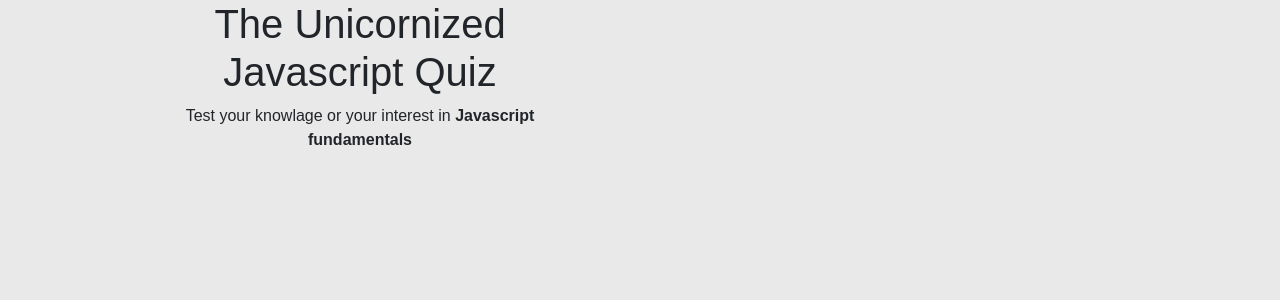
Repository: CharlotteAneriksson/donutQuiz
Page: index.html
The author's editor kept a record of every edit. The page is drawn from the files as they stood at one moment, then again after the next edit.
The browser window is 1280 px wide. The pictures show the whole page.

Above is the page before.

After the next edit:
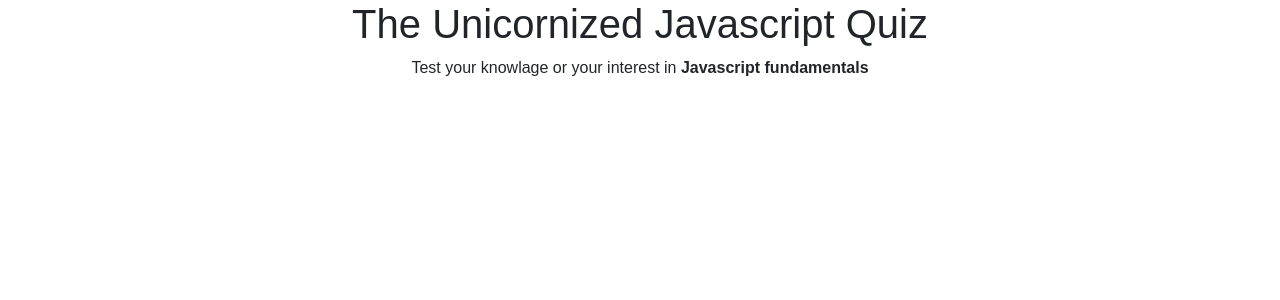
The edit:
--- a/css/style.css
+++ b/css/style.css
@@ -1,8 +1,8 @@
 body{
     margin: 0;
     padding: 0;
-    width:100vh;
-    background-color:#e9e9e9;
+    width:100%;
+
     font-family: 'Roboto Mono', sans-serif ;
 }
 
